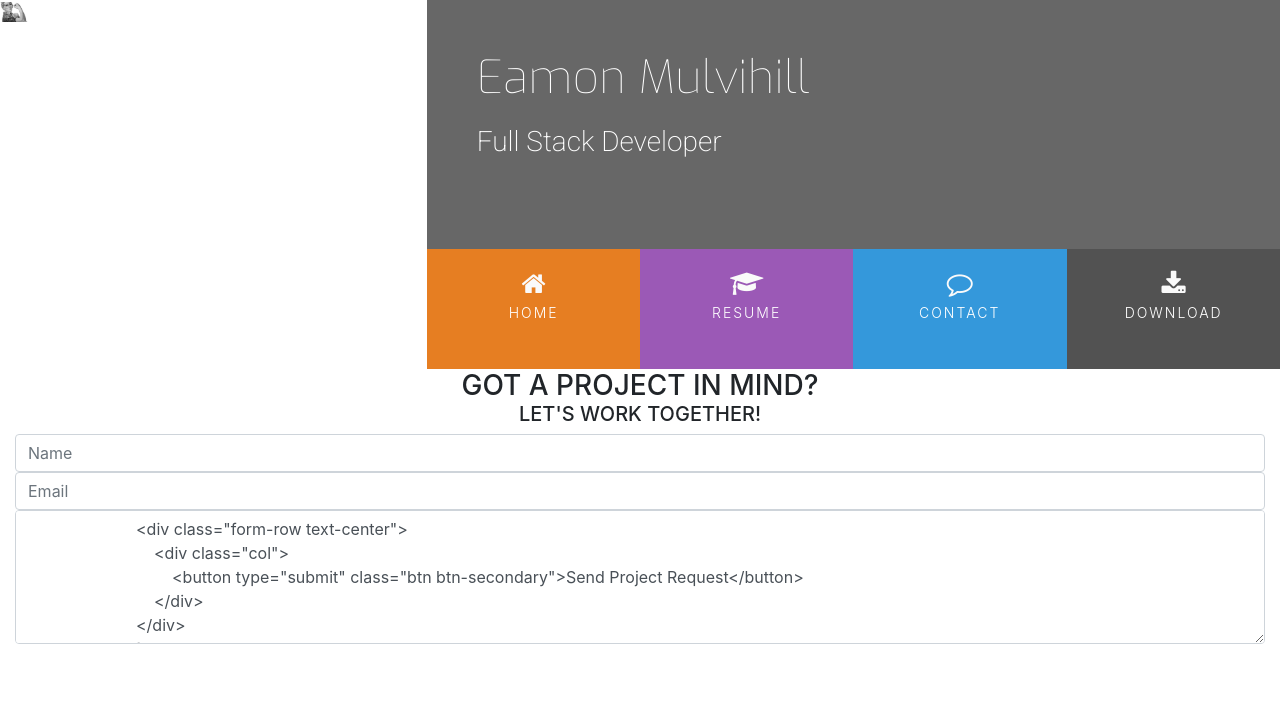
Repository: emulvihi/interactive-cv
Page: contact.html
The author's editor kept a record of every edit. The page is drawn from the files as they stood at one moment, then again after the next edit.
The browser window is 1280 px wide. The pictures show the whole page.

Above is the page before.

After the next edit:
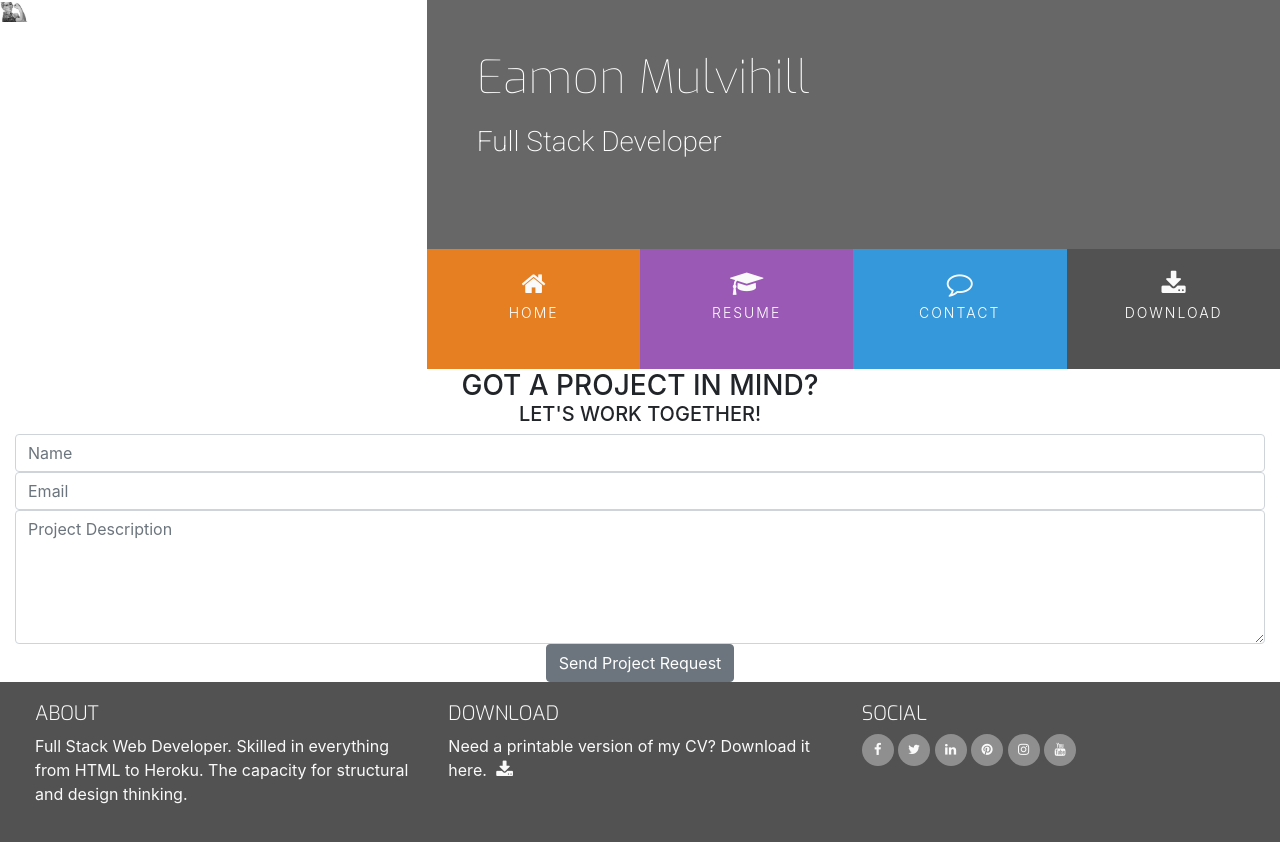
The edit:
--- a/contact.html
+++ b/contact.html
@@ -58,7 +58,7 @@
                     <form>
                         <input type="text" name="name" id="fullname" class="form-control" placeholder="Name" required/>
                         <input type="text" name="email" id="emailaddress" class="form-control" placeholder="Email" required/>
-                        <textarea rows="5" name="projectsummary" id="projectsummary" class="form-control" placeholder="Project Description" required/>
+                        <textarea rows="5" name="projectsummary" id="projectsummary" class="form-control" placeholder="Project Description" required></textarea>
                         <div class="form-row text-center">
                             <div class="col">
                                 <button type="submit" class="btn btn-secondary">Send Project Request</button>
